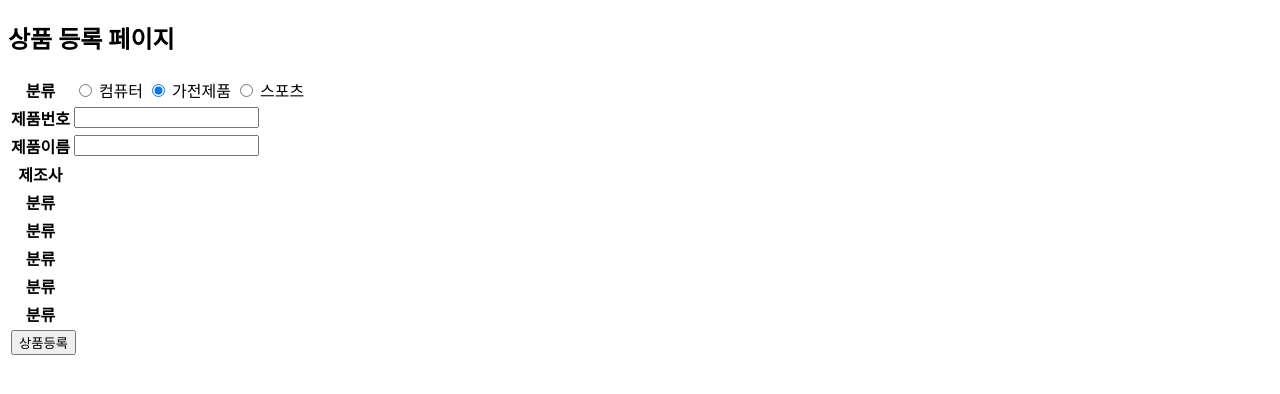
Repository: xlz5000/ICT
Page: http://localhost/spring_mvc02/WEB-INF/views/day08/product_add.jsp
An editor plug-in stored every save of this project. The page is shown before and after a run of saves, followed by the edit.
The browser window is 1280 px wide. The pictures show the whole page.
The page is served by Tomcat 9. Nobody is signed in. The template is opened directly, without the code that normally fills it, so the values that code supplies are empty.

Above is the page before, as saved 2025-04-18 02:14:26.

After the next 2 saves:
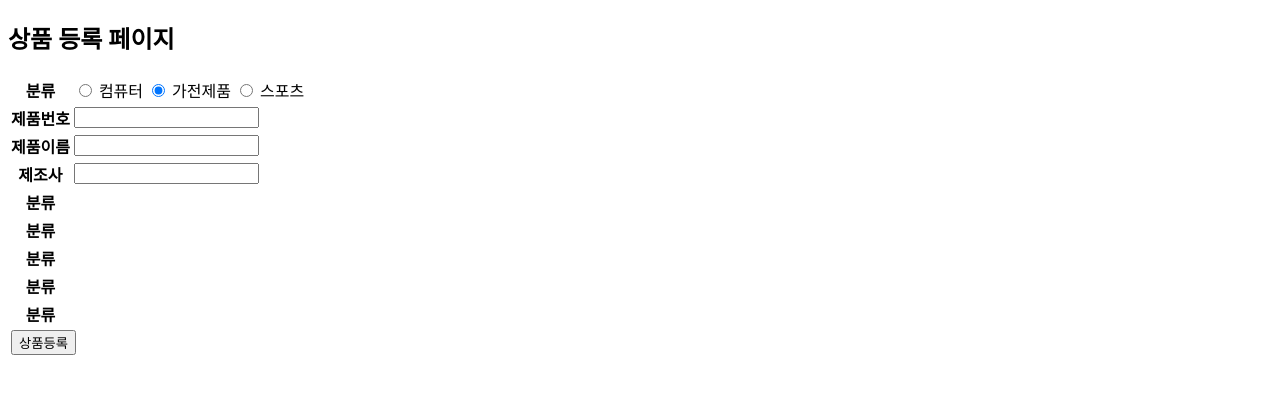
The 2 saves are shown as one change because they came seconds apart.
The last was saved 8 s later.
--- a/spring_mvc02/src/main/webapp/WEB-INF/views/day08/product_add.jsp
+++ b/spring_mvc02/src/main/webapp/WEB-INF/views/day08/product_add.jsp
@@ -31,7 +31,7 @@
 					</tr>
 					<tr>
 						<th>제조사</th>
-						<td></td>
+						<td><input type="text" name="p_com" required></td>
 					</tr>
 					<tr>
 						<th>분류</th>
